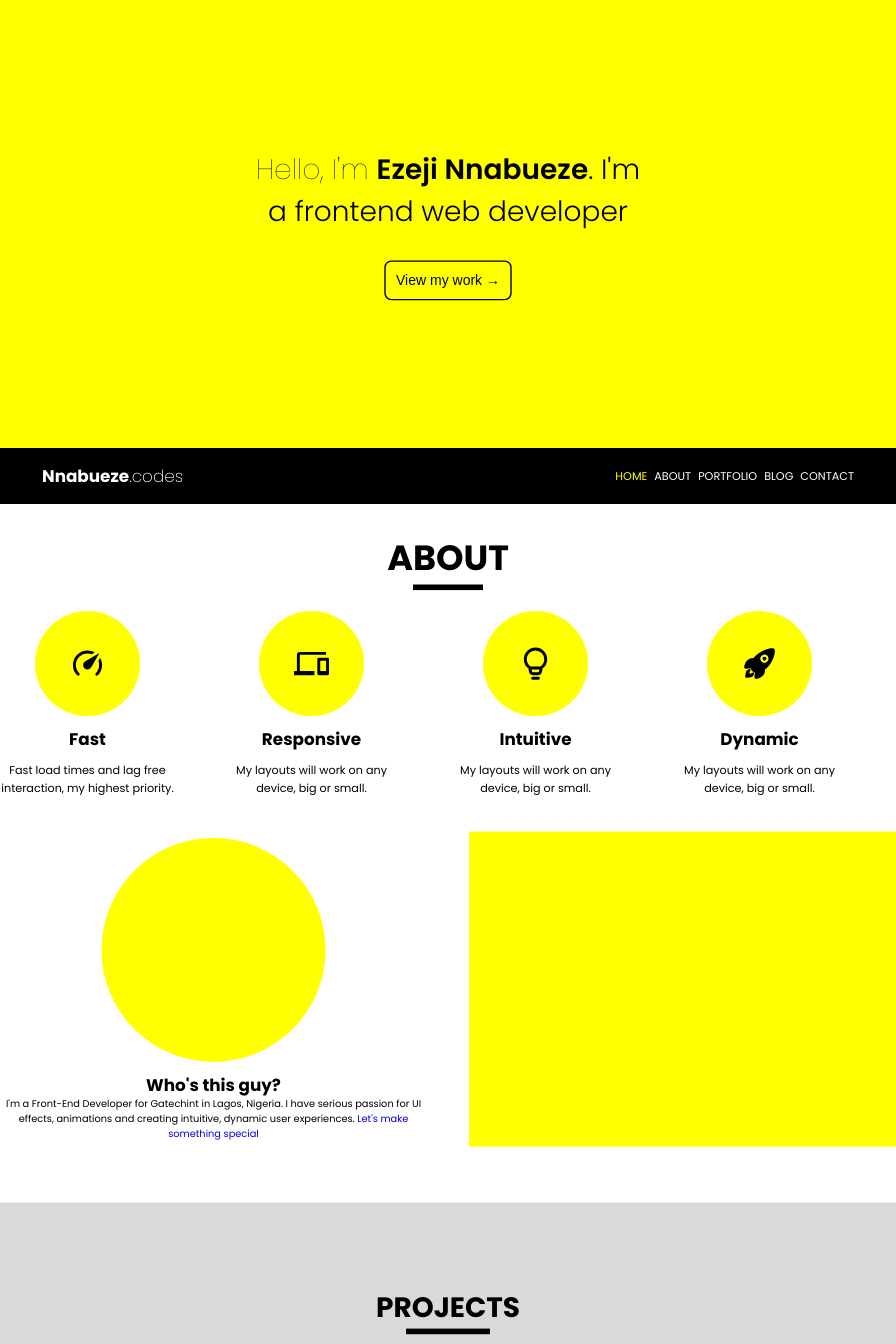
Repository: Ikebobo11/webweb
Page: index.html
The author's editor kept a copy of each file at every save. The page is drawn from the files as they stood at one save, then again after a run of saves.
The browser window is 1280 px wide. The pictures show the part of the page from y = 0 to 1920 px (the page is 4595 px tall), at 70% of full size.
Some web libraries are served in a nearby version.

Above is the page before, as saved 2025-05-19 11:44:38.

After the next 6 saves:
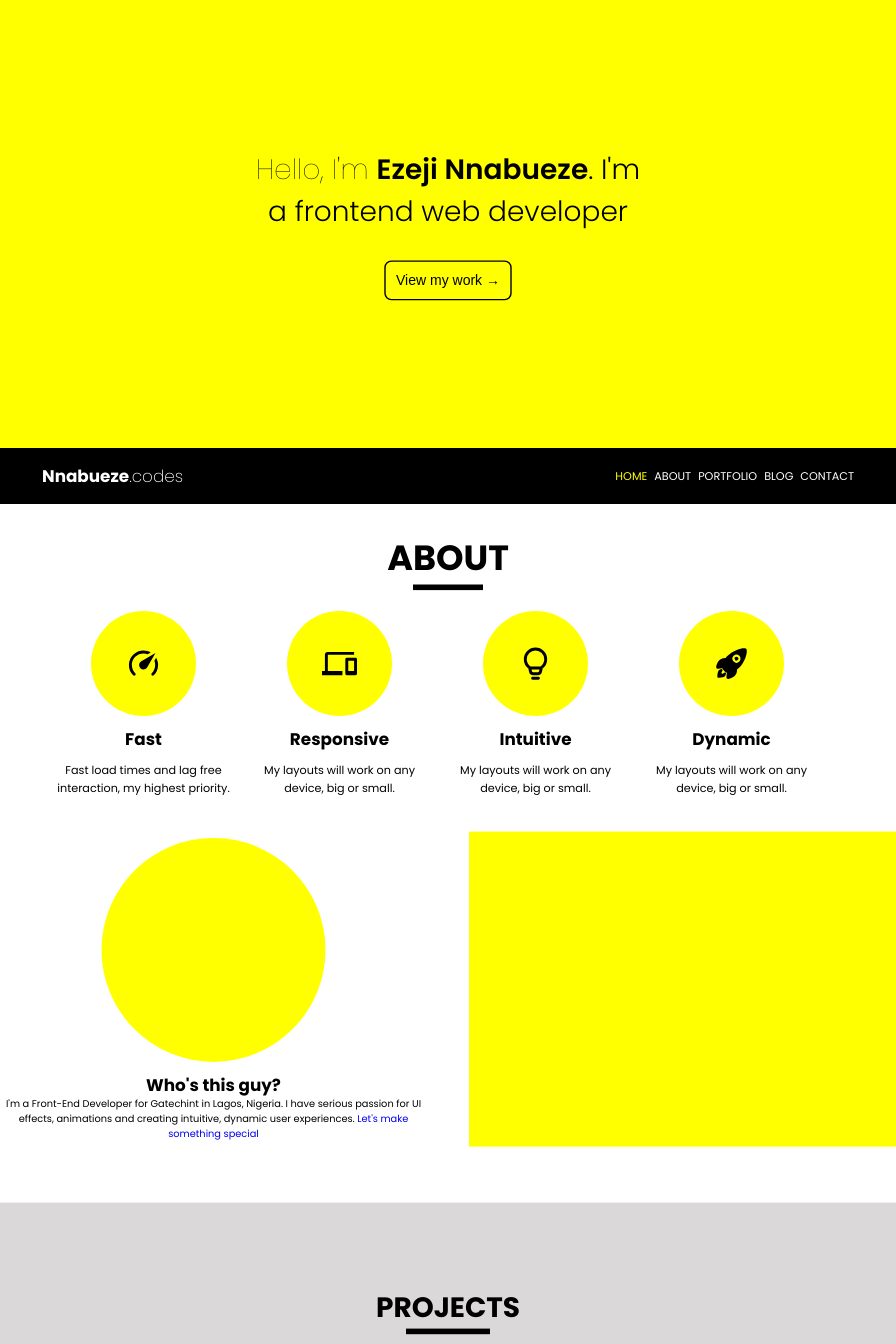
The 6 saves are shown as one change because they came seconds apart.
The last was saved 55 days later.
--- a/style.css
+++ b/style.css
@@ -113,6 +113,7 @@
     justify-content: space-between;
     margin-inline: auto;
     margin-block: 30px 50px;
+    max-width: 1120px;
 
     @media(max-width:1000px){
         grid-template-columns: 1fr 1fr ;
